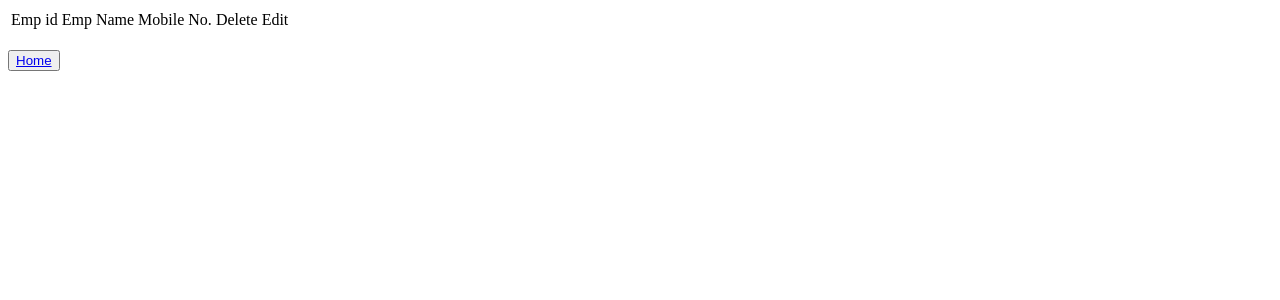
Repository: ydv-prince/JAVA-Full-Stack
Page: http://localhost/JDBC_DB/Select
These files come from the project's save history. The page is drawn as it stood at one moment and after the next save; the edit follows.
The browser window is 1280 px wide. The pictures show the whole page.
The page is served by Tomcat 10. Other server files are loaded and not shown. Queries for data that is not in the repository find no rows.

Above is the page before, as saved 2025-12-31 05:45:15.

### JDBC_DB/src/main/java/JDBC/Select.java
package JDBC;

import jakarta.servlet.ServletException;
import jakarta.servlet.annotation.WebServlet;
import jakarta.servlet.http.HttpServlet;
import jakarta.servlet.http.HttpServletRequest;
import jakarta.servlet.http.HttpServletResponse;
import java.io.IOException;
import java.io.PrintWriter;
import java.sql.Connection;
import java.sql.DriverManager;
import java.sql.PreparedStatement;
import java.sql.ResultSet;
import java.sql.SQLException;

@WebServlet("/Select")
public class Select extends HttpServlet {
	private static final long serialVersionUID = 1L;

    public Select() {
        super();
        // TODO Auto-generated constructor stub
    }

	protected void doGet(HttpServletRequest request, HttpServletResponse response) throws ServletException, IOException {
		response.setContentType("text/html");
		PrintWriter pw = response.getWriter();
		try {
			//load driver
			Class.forName("com.mysql.cj.jdbc.Driver");

			//establish connection
			Connection con = DriverManager.getConnection
					("jdbc:mysql://localhost:3306/employee","root","");
			PreparedStatement ps = con.prepareStatement("select * from empData");

			pw.println("<table>");
			pw.println("<thead>");
			pw.println("<tr>");
			pw.println("<td>Emp id</td>");
			pw.println("<td>Emp Name</td>");
			pw.println("<td>Mobile No.</td>");
			pw.println("<td>Delete</td>");
			pw.println("<td>Edit</td>");
			pw.println("</tr>");
			pw.println("</thead>");
			ResultSet rs = ps.executeQuery();
			while(rs.next()) {
				pw.println("<tbody>");
				pw.println("<tr>");
				pw.println("<td>"+rs.getInt(1)+"</td>");
				pw.println("<td>"+rs.getString(2)+"</td>");
				pw.println("<td>"+rs.getString(3)+"</td>");

				pw.println("<td><button type='submit' name='Delete'><a href='Delete?id"+rs.getInt(1)+"'>Delete</a></button></td>");
				pw.println("<td><button type='submit' name='Edit'><a href='Edit?id"+rs.getInt(1)+"'>Edit</a></button></td>");
				pw.println("</tbody>");
				}


			pw.println("</table>");
			}
		catch(SQLException e) {
			e.getStackTrace();
		}
		catch(ClassNotFoundException e) {
			e.printStackTrace();
	}

		pw.println("<br><button type='submit' name='index'><a href='index.jsp'>Home</a></button>");
	}

}

After the next save:
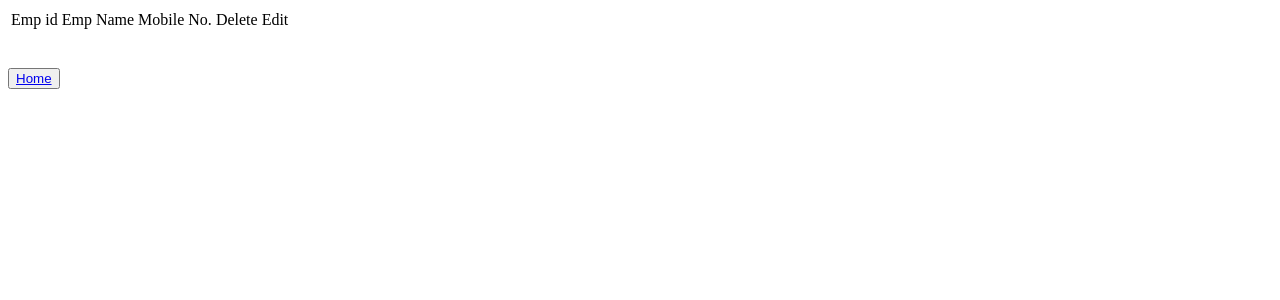
Saved 15 s later.
--- a/JDBC_DB/src/main/java/JDBC/Select.java
+++ b/JDBC_DB/src/main/java/JDBC/Select.java
@@ -67,7 +67,7 @@
 			e.printStackTrace();
 	}
 
-		pw.println("<br><button type='submit' name='index'><a href='index.jsp'>Home</a></button>");
+		pw.println("<br><br><button type='submit' name='index'><a href='index.jsp'>Home</a></button>");
 	}
 
 }

After the save that followed:
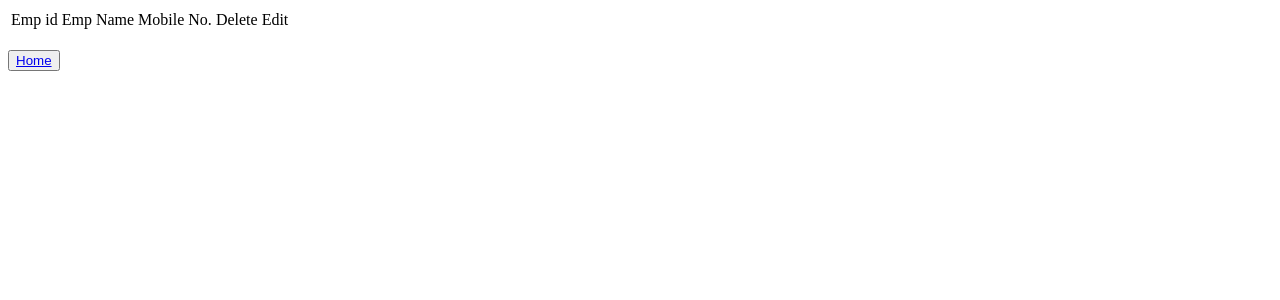
Saved 95 s later.
--- a/JDBC_DB/src/main/java/JDBC/Select.java
+++ b/JDBC_DB/src/main/java/JDBC/Select.java
@@ -67,7 +67,7 @@
 			e.printStackTrace();
 	}
 
-		pw.println("<br><br><button type='submit' name='index'><a href='index.jsp'>Home</a></button>");
+		pw.println("<br><button type='submit' name='index'><a href='index.jsp'>Home</a></button>");
 	}
 
 }
